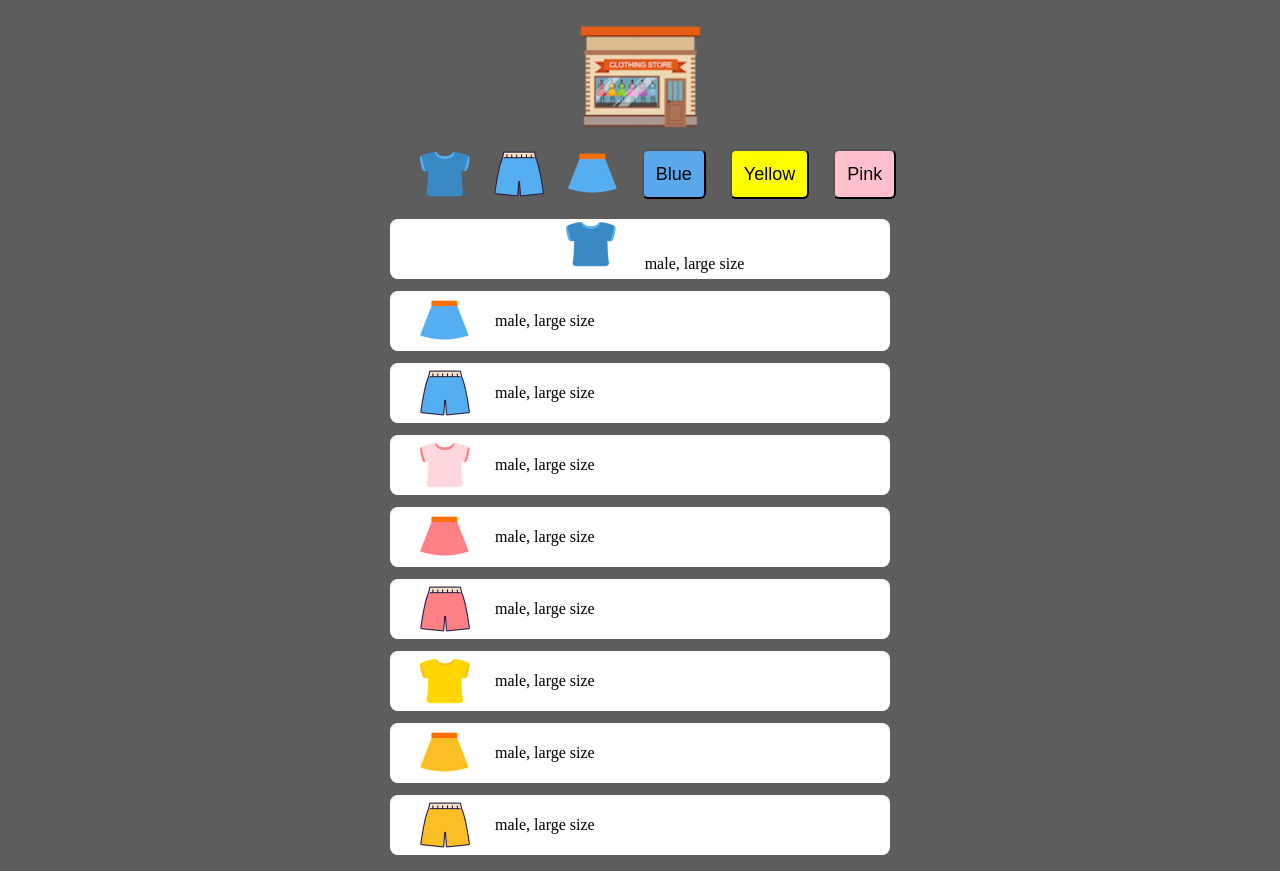
Repository: keehoonjung/Shoppingmall-Game
Page: index.html
The author's editor kept a copy of each file at every save. The page is drawn from the files as they stood at one save, then again after a run of saves.
The browser window is 1280 px wide. The pictures show the whole page.

Above is the page before, as saved 2021-08-12 14:06:02.

### index.html
<!DOCTYPE html>
<html lang="en">
<head>
    <meta charset="UTF-8">
    <meta http-equiv="X-UA-Compatible" content="IE=edge">
    <meta name="viewport" content="width=device-width, initial-scale=1.0">
    <title>Shoppingamll Game</title>
    <link rel="stylesheet" href="style.css">
    <script src="main.js" defer></script>
</head>
<body>
    <header>
        <img src="./imgs/logo.png" alt="header" class="header__logo">
    </header>
    <ul class="filter">
        <li class="filter__btn">
            <img src="./imgs/blue_t.png" alt="shirt" class="shirt">
        </li>
        <li class="filter__btn">
            <img src="./imgs/blue_p.png" alt="pants" class="pants">
        </li>
        <li class="filter__btn">
            <img src="./imgs/blue_s.png" alt="" class="skirt">
        </li>
        <li class="filter__btn">
            <button class="blue">
                Blue
            </button>
        </li>
        <li class="filter__btn">
            <button class="yellow">
                Yellow
            </button>
        </li>
        <li class="filter__btn">
            <button class="pink">
                Pink
            </button>
        </li>
    </ul>
    <ul class="items">
        <li class="item visible" data-type="shirt" data-color="blue">
            <img src="./imgs/blue_t.png" alt="blueshirt">
            <span>male, large size</span>
        </li>
        <li class="item" data-type="skirt" data-color="blue">
            <img src="./imgs/blue_s.png" alt="blueshirt">
            <span>male, large size</span>
        </li>
        <li class="item" data-type="pants" data-color="blue">
            <img src="./imgs/blue_p.png" alt="blueshirt">
            <span>male, large size</span>
        </li>
        <li class="item" data-type="shirt" data-color="pink">
            <img src="./imgs/pink_t.png" alt="blueshirt">
            <span>male, large size</span>
        </li>
        <li class="item" data-type="skirt" data-color="pink">
            <img src="./imgs/pink_s.png" alt="blueshirt">
            <span>male, large size</span>
        </li>
        <li class="item" data-type="pants" data-color="pink">
            <img src="./imgs/pink_p.png" alt="blueshirt">
            <span>male, large size</span>
        </li>
        <li class="item" data-type="shirt" data-color="yellow">
            <img src="./imgs/yellow_t.png" alt="blueshirt">
            <span>male, large size</span>
        </li>
        <li class="item" data-type="skirt" data-color="yellow">
            <img src="./imgs/yellow_s.png" alt="blueshirt">
            <span>male, large size</span>
        </li>
        <li class="item" data-type="pants" data-color="yellow">
            <img src="./imgs/yellow_p.png" alt="blueshirt">
            <span>male, large size</span>
        </li>
    </ul>
</body>
</html>

### style.css
* {
  box-sizing: border-box;
}

body {
  background-color: rgb(94, 93, 93);
  text-align: center;
  margin: 0;
}

ul {
  list-style: none;
}

button {
  outline: none;
  border-radius: 6px;
  display: inline-block;
  height: 50px;
  padding: 8px 12px;
  font-size: 18px;
  cursor: pointer;
}

header {
  margin-top: 20px;
}

.header__logo {
  width: 125px;
}

.filter {
  display: flex;
  justify-content: center;
  margin: 0;
  padding: 0;
  padding-left: 60px;
}

.filter__btn {
  padding-right: 24px;
}

.filter__btn img {
  height: 50px;
  cursor: pointer;
}

.blue {
  background-color: rgb(90, 167, 235);
}

.yellow {
  background-color: yellow;
}

.pink {
  background-color: pink;
}

.items {
  padding: 0;
}

.item {
  background-color: white;
  margin-bottom: 12px;
  width: 500px;
  height: 60px;
  margin: 12px auto;
  border-radius: 8px;
  display: flex;
  align-items: center;
  padding-left: 30px;
  display: flex;
}

.item.visible {
  display: block;
}

.item img {
  height: 50px;
}

.item span {
  margin-left: 25px;
}

### main.js
"use strict";

const navi = document.querySelector(".filter");
const itemList = document.querySelector(".items");

navi.addEventListener("click", (evnet) => {
  console.log(event.target);
});

const pants = document.querySelectorAll(`li[data-type="pants"]`);

console.log(pants);

After the next 2 saves:
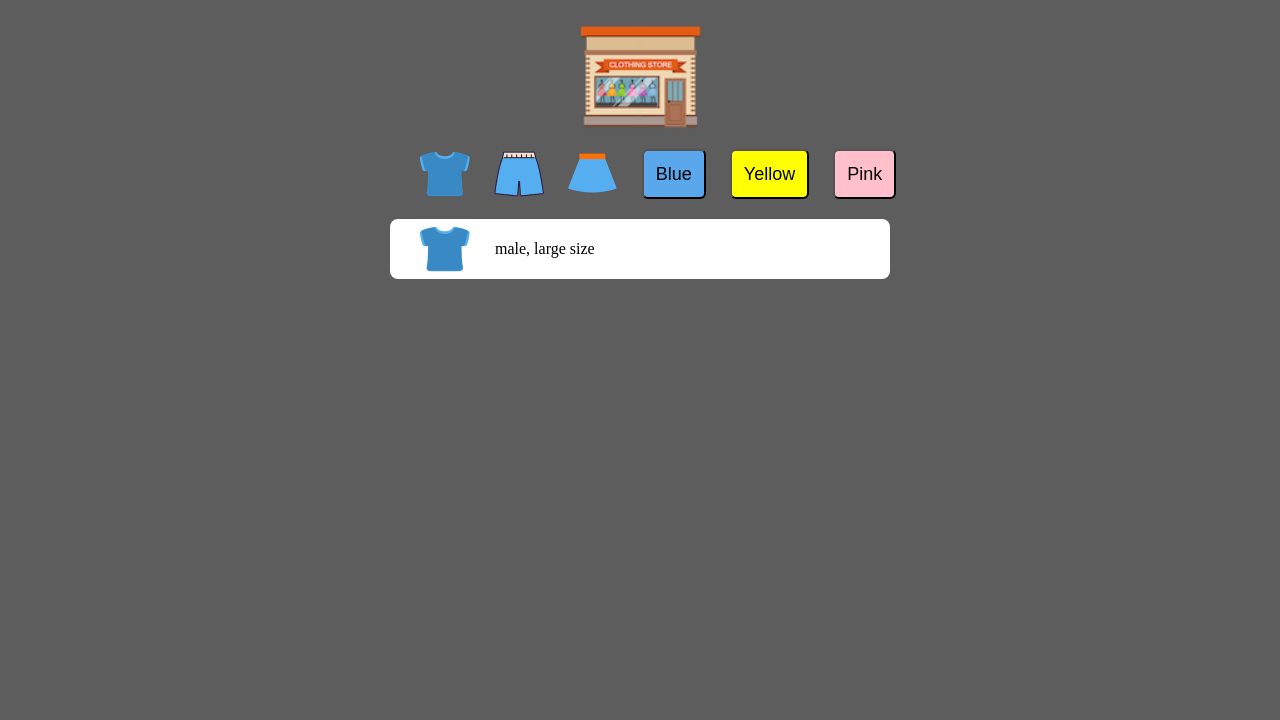
The 2 saves are shown as one change because they came seconds apart.
The last was saved 7 s later.
--- a/style.css
+++ b/style.css
@@ -73,11 +73,11 @@ header {
   display: flex;
   align-items: center;
   padding-left: 30px;
-  display: flex;
+  display: none;
 }
 
 .item.visible {
-  display: block;
+  display: flex;
 }
 
 .item img {

After the save that followed:
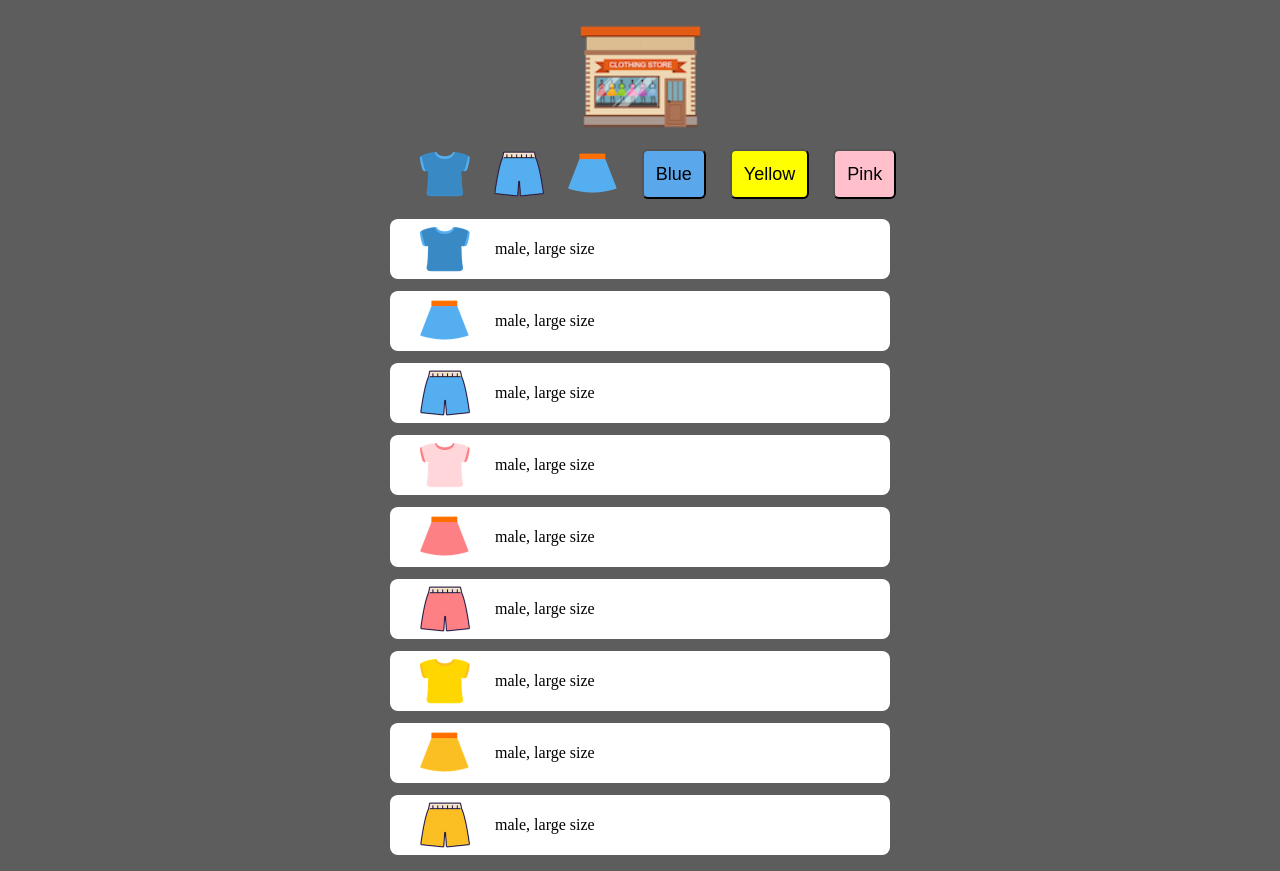
Saved 39 s later.
--- a/index.html
+++ b/index.html
@@ -43,35 +43,35 @@
             <img src="./imgs/blue_t.png" alt="blueshirt">
             <span>male, large size</span>
         </li>
-        <li class="item" data-type="skirt" data-color="blue">
+        <li class="item visible" data-type="skirt" data-color="blue">
             <img src="./imgs/blue_s.png" alt="blueshirt">
             <span>male, large size</span>
         </li>
-        <li class="item" data-type="pants" data-color="blue">
+        <li class="item visible" data-type="pants" data-color="blue">
             <img src="./imgs/blue_p.png" alt="blueshirt">
             <span>male, large size</span>
         </li>
-        <li class="item" data-type="shirt" data-color="pink">
+        <li class="item visible" data-type="shirt" data-color="pink">
             <img src="./imgs/pink_t.png" alt="blueshirt">
             <span>male, large size</span>
         </li>
-        <li class="item" data-type="skirt" data-color="pink">
+        <li class="item visible" data-type="skirt" data-color="pink">
             <img src="./imgs/pink_s.png" alt="blueshirt">
             <span>male, large size</span>
         </li>
-        <li class="item" data-type="pants" data-color="pink">
+        <li class="item visible" data-type="pants" data-color="pink">
             <img src="./imgs/pink_p.png" alt="blueshirt">
             <span>male, large size</span>
         </li>
-        <li class="item" data-type="shirt" data-color="yellow">
+        <li class="item visible" data-type="shirt" data-color="yellow">
             <img src="./imgs/yellow_t.png" alt="blueshirt">
             <span>male, large size</span>
         </li>
-        <li class="item" data-type="skirt" data-color="yellow">
+        <li class="item visible" data-type="skirt" data-color="yellow">
             <img src="./imgs/yellow_s.png" alt="blueshirt">
             <span>male, large size</span>
         </li>
-        <li class="item" data-type="pants" data-color="yellow">
+        <li class="item visible" data-type="pants" data-color="yellow">
             <img src="./imgs/yellow_p.png" alt="blueshirt">
             <span>male, large size</span>
         </li>
